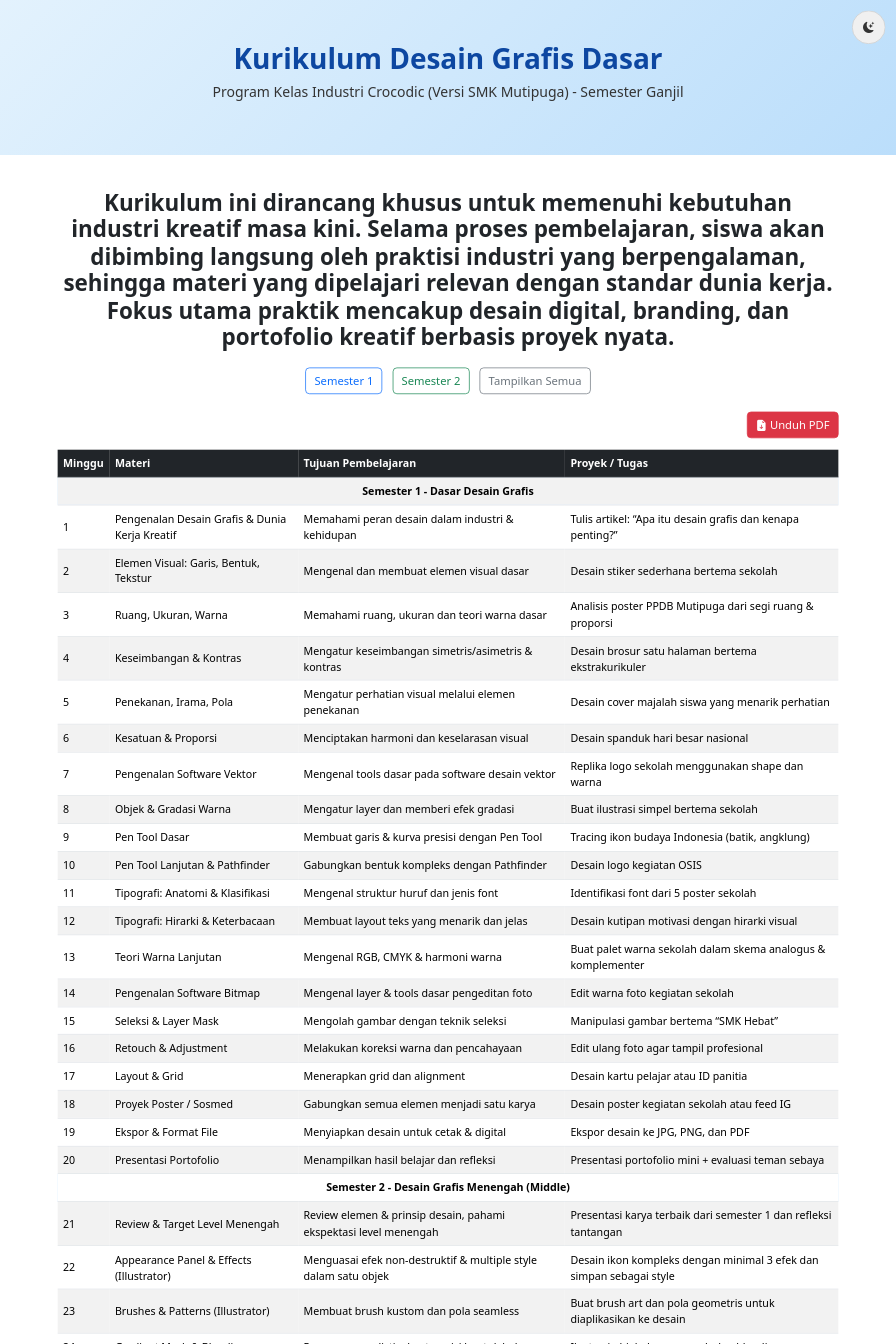
Repository: ppdbsmkmutipuga/kurikulumdesain
Page: index.html
These files come from the project's save history. The page is drawn as it stood at one moment and after a run of saves; the edit follows.
The browser window is 1280 px wide. The pictures show the part of the page from y = 0 to 1920 px (the page is 3035 px tall before and 2901 px after), at 70% of full size.

Above is the page before, as saved 2025-07-01 05:14:49.

After the next 2 saves:
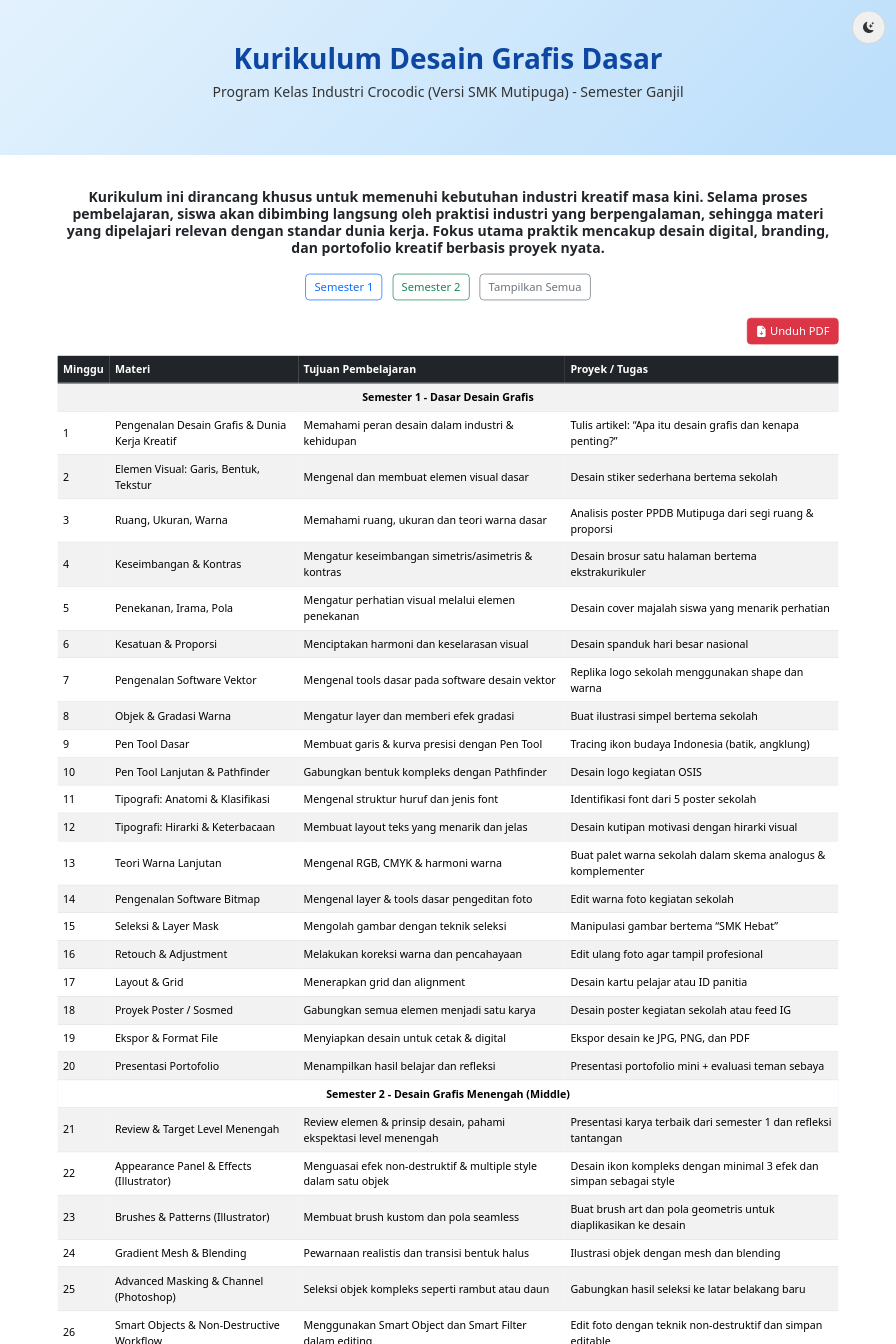
The 2 saves are shown as one change because they came seconds apart.
The last was saved 9 s later.
--- a/index.html
+++ b/index.html
@@ -28,12 +28,12 @@
 
     <!-- Table Section -->
     <section class="container my-5" data-aos="fade-up">
-        <h2 class="section-title text-center fw-bold mb-3">
+        <h5 class="section-title text-center fw-bold mb-3">
             Kurikulum ini dirancang khusus untuk memenuhi kebutuhan industri kreatif masa kini.
             Selama proses pembelajaran, siswa akan dibimbing langsung oleh praktisi industri yang berpengalaman,
             sehingga materi yang dipelajari relevan dengan standar dunia kerja.
             Fokus utama praktik mencakup desain digital, branding, dan portofolio kreatif berbasis proyek nyata.
-        </h2>
+        </h5>
 
         <div class="filter-buttons">
             <button class="btn btn-outline-primary" onclick="filterSemester(1)">Semester 1</button>
